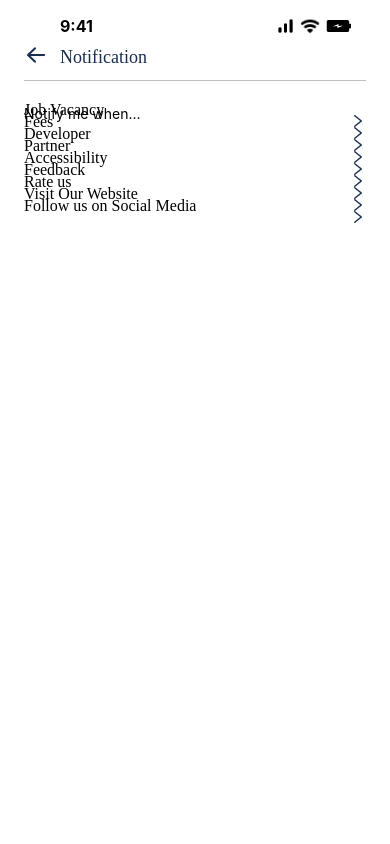
Repository: tnmod/Erabook
Screen: / (app in app/)
These files come from the project's save history. The screen is drawn as it stood at one moment and after a run of saves; the edit follows.
The app was drawn by React Native's web renderer in a window 390 px wide. The project was rebuilt for these pictures with package versions that can differ from the ones it lists, and the page was loaded fresh each time. Imported but missing from the stored project, and not drawn on this page: app/src/redux/features/CounterAPI.

Above is the screen before, as saved 2023-05-25 15:04:20.

### app/App.tsx


import React, { useState, Dispatch } from 'react';
import type { PropsWithChildren } from 'react';
import {
  Image,
  SafeAreaView,
  ScrollView,
  StatusBar,
  StyleSheet,
  Text,
  useColorScheme,
  View,
} from 'react-native';

import {
  Colors,
  DebugInstructions,
  Header,
  LearnMoreLinks,
  ReloadInstructions,
} from 'react-native/Libraries/NewAppScreen';
import MainNagivator from './src/Navigator/MainNavigator';
import { NavigationContainer } from '@react-navigation/native';
import { store } from './src/redux/app/store';
import { Provider } from 'react-redux';
import EbookItem from './src/components/Item/EbookItem';
import DetailScreen from './src/screens/detailScreen/DetailScreen';
import Notification from './src/screens/Notification/Notification';





type SectionProps = PropsWithChildren<{
  title: string;
}>;
type Model = {
  name: String;
  age: Number;
}


const StatusBarIOS = () => {
  return (
    <View style={{ width: "100%", height: 42, paddingTop: 10, justifyContent: 'space-between', flexDirection: 'row', backgroundColor: 'white' }}>
      <View style={{ height: "100%", flex: 1, marginHorizontal: 20, justifyContent: 'center', alignItems: 'center', flexDirection: 'row' }}>
        <Text style={{ fontWeight: 'bold', fontSize: 16, color: 'black' }}>9:41</Text>
      </View>
      <View style={{ flex: 3 / 4 }}></View>
      <View style={{ height: "100%", flex: 1, marginHorizontal: 20, justifyContent: 'center', alignItems: 'center', flexDirection: 'row' }}>
        <Image style={{ width: 19, height: 16, margin: 2, resizeMode: 'stretch' }} source={require('./src/assets/statusbar-signal.png')} />
        <Image style={{ width: 22, height: 22, margin: 2 }} source={require('./src/assets/statusbar-wifi.png')} />
        <Image style={{ width: 27, height: 24, margin: 2, resizeMode: 'stretch' }} source={require('./src/assets/statusbar-battery.png')} />
      </View>
    </View>
  )
}


const App: React.FC<Model> = () => {

  return (
    <Provider store={store} >
      <NavigationContainer>
        <SafeAreaView style={{ flex: 1 }}>
          <StatusBarIOS />
          <StatusBar hidden={true} />
          {/* <MainNagivator /> */}
          {/* <EbookItem /> */}
          <Notification/>
        </SafeAreaView>
      </NavigationContainer>
    </Provider>
  );
}

const styles = StyleSheet.create({
  sectionContainer: {
    marginTop: 32,
    paddingHorizontal: 24,
  },
  sectionTitle: {
    fontSize: 24,
    fontWeight: '600',
  },
  sectionDescription: {
    marginTop: 8,
    fontSize: 18,
    fontWeight: '400',
  },
  highlight: {
    fontWeight: '700',
  },
});

export default App;

### app/src/redux/app/store.js
import { configureStore } from "@reduxjs/toolkit";
import CounterReducer from "../features/CounterSilce";


export const store = configureStore({
    reducer:{
        counter: CounterReducer,
    }
})

### app/src/screens/Notification/Notification.tsx
import { StyleSheet, Text, View, Image, ScrollView, TouchableOpacity } from 'react-native'
import React from 'react'
import { SafeAreaView } from 'react-native-safe-area-context'
import { Popins } from '../../components/popins'
import Icon from 'react-native-vector-icons/AntDesign'

const Book: React.FC = () => {

  return (
    <ScrollView style={{ backgroundColor: 'white', flex: 1 }}>
      <View style={[styles.container]}>
        <TouchableOpacity style={{ flexDirection: 'row', alignItems: 'center', }}>
          <Icon size={24} name='arrowleft' color={'#192e51'} />
          <Text style={[styles.text500, { marginLeft: 12, fontSize: 18 }]}>Notification</Text>
        </TouchableOpacity>
        <View style={{ width: "100%", height: 0.5, backgroundColor: 'grey', opacity: 0.5, marginVertical: 12 }}></View>
        <View style={[{ marginTop: 12 }]}>
            <View>
                <Text>Notify me when...</Text>
            </View>
          <TouchableOpacity style={[styles.container1]}>
            <Text style={[styles.text3]}>Job Vacancy</Text>
            <Icon size={16} name='right' color={'#192e51'} />
          </TouchableOpacity>
          <TouchableOpacity style={[styles.container1]}>
            <Text style={[styles.text3]}>Fees</Text>
            <Icon size={16} name='right' color={'#192e51'} />
          </TouchableOpacity>
          <TouchableOpacity style={[styles.container1]}>
            <Text style={[styles.text3]}>Developer</Text>
            <Icon size={16} name='right' color={'#192e51'} />
          </TouchableOpacity>
          <TouchableOpacity style={[styles.container1]}>
            <Text style={[styles.text3]}>Partner</Text>
            <Icon size={16} name='right' color={'#192e51'} />
          </TouchableOpacity>
          <TouchableOpacity style={[styles.container1]}>
            <Text style={[styles.text3]}>Accessibility</Text>
            <Icon size={16} name='right' color={'#192e51'} />
          </TouchableOpacity>
          <TouchableOpacity style={[styles.container1]}>
            <Text style={[styles.text3]}>Feedback</Text>
            <Icon size={16} name='right' color={'#192e51'} />
          </TouchableOpacity>
          <TouchableOpacity style={[styles.container1]}>
            <Text style={[styles.text3]}>Rate us</Text>
            <Icon size={16} name='right' color={'#192e51'} />
          </TouchableOpacity>
          <TouchableOpacity style={[styles.container1]}>
            <Text style={[styles.text3]}>Visit Our Website</Text>
            <Icon size={16} name='right' color={'#192e51'} />
          </TouchableOpacity>
          <TouchableOpacity style={[styles.container1]}>
            <Text style={[styles.text3]}>Follow us on Social Media</Text>
            <Icon size={16} name='right' color={'#192e51'} />
          </TouchableOpacity>
        </View>
      </View>
    </ScrollView>
  )
}



export default Book

const styles = StyleSheet.create({

  container: {
    flex: 1,
    paddingHorizontal: 24,
    backgroundColor: 'white',
  },
  container1: {
    flex: 0,
    flexDirection: 'row',
    alignItems: 'center',
    marginBottom: 12,
  },

  text1: {
    fontSize: 20,
    fontWeight: '700',
    color: 'black',
    justifyContent: 'space-between',
  },
  text3: {
    flex: 1,
    fontSize: 16,
    fontFamily: Popins[400],
    color: 'black',
    justifyContent: 'space-between',
    height: 42,
    textAlignVertical: 'center'
  },
  img: {
    width: 24,
    height: 24
  },


  color: {
    color: '#192e51',
  },
  textCenter: {
    textAlign: 'center',
    textAlignVertical: 'center'
  },
  text400: {
    color: '#192e51',
    fontFamily: Popins[400],
    top: 1.8,
  },
  text500: {
    color: '#192e51',
    fontFamily: Popins[500],
    top: 2,
  },
  text700: {
    color: '#192e51',
    fontFamily: Popins[700],
    top: 2.1,
  },
  center: {
    alignItems: 'center'
  },

})

### app/src/redux/features/CounterSilce.js
import { createAsyncThunk, createSlice } from '@reduxjs/toolkit';
import { fetchCount } from './CounterAPI';

const initialState = {
    value: 0,
    status: 'idle',
};

export const incrementAsync = createAsyncThunk(
    'counter/fetchCount',
    async amount => {
        const response = await fetchCount(amount);
        return response.data;
    },
);

export const counterSlice = createSlice({
    name: 'counter',
    initialState,
    reducers: {
        increment: state => {
            state.value += 1;
        },
        decrement: state => {
            state.value -= 1;
        },
        incrementByAmount: (state, action) => {
            state.value += action.payload;
        },
    },
    extraReducers: builder => {
        builder
            .addCase(incrementAsync.pending, state => {
                state.status = 'loading';
            })
            .addCase(incrementAsync.fulfilled, (state, action) => {
                state.status = 'idle';
                state.value += action.payload;
            });
    },
});

export const { increment, decrement, incrementByAmount } = counterSlice.actions;

export const selectCount = state => state.counter.value;

export const incrementIfOdd = amount => (dispatch, getState) => {
    const currentValue = selectCount(getState());
    if (currentValue % 2 === 1) {
        dispatch(incrementByAmount(amount));
    }
};

export default counterSlice.reducer;

### app/src/components/popins.js

const Popins = {
    '400': 'Poppins-Regular',
    '500': 'Poppins-Medium',
    '600': 'Poppins-SemiBold',
    '700': 'Poppins-Bold',
    '800': 'Poppins-ExtraBold',
    '900': 'Poppins-Black',
}

export { Popins }

After the next 6 saves:
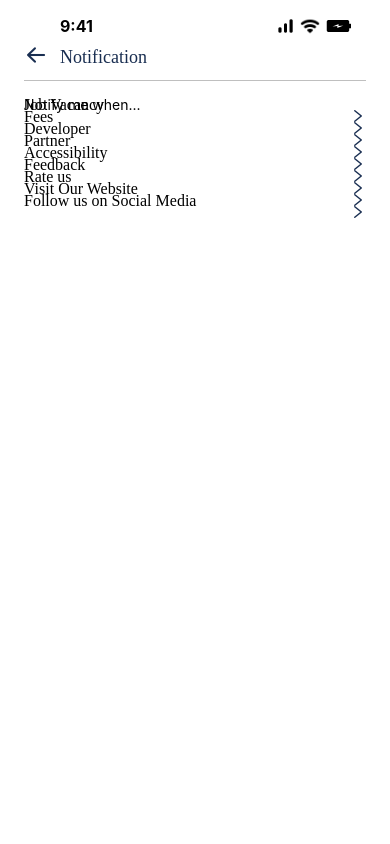
The 6 saves are shown as one change because 1 did not build or start and some came seconds apart.
The last was saved 40 s later.
--- a/app/src/screens/Notification/Notification.tsx
+++ b/app/src/screens/Notification/Notification.tsx
@@ -15,7 +15,7 @@ const Book: React.FC = () => {
         </TouchableOpacity>
         <View style={{ width: "100%", height: 0.5, backgroundColor: 'grey', opacity: 0.5, marginVertical: 12 }}></View>
         <View style={[{ marginTop: 12 }]}>
-            <View>
+            <View style={[styles.container1]}>
                 <Text>Notify me when...</Text>
             </View>
           <TouchableOpacity style={[styles.container1]}>
